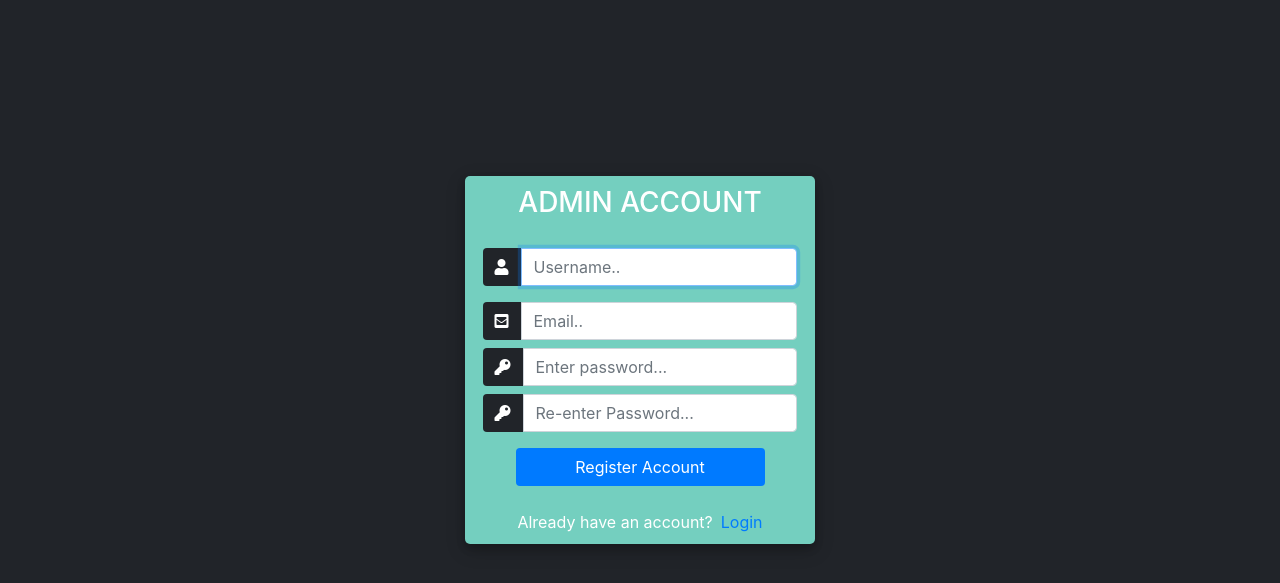
Repository: Abdaljawad-Aya/login-register-auth-validation-Django
Page: http://localhost/register/
An editor plug-in stored every save of this project. The page is shown before and after the next save, followed by the edit.
The browser window is 1280 px wide. The pictures show the whole page.
Some web libraries are served in a nearby version. The page is served by the project's application, run on Django 3.2 (project8/manage.py).

Above is the page before, as saved 2021-03-11 22:58:07.

After the next save:
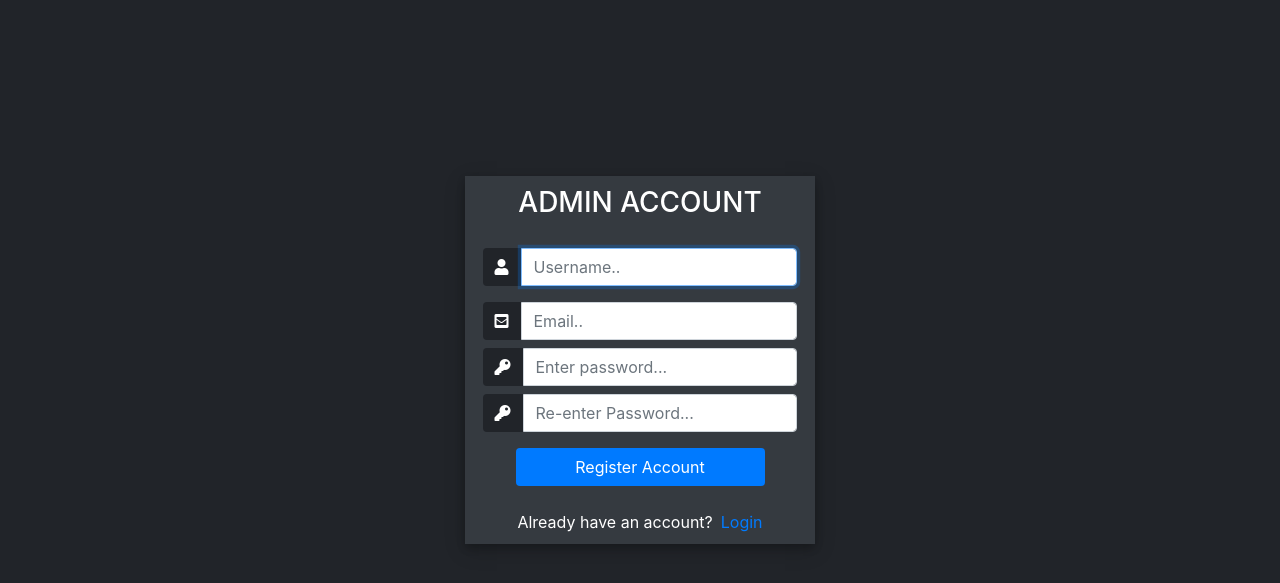
Saved 43 s later.
--- a/project8/project8/templates/register.html
+++ b/project8/project8/templates/register.html
@@ -19,7 +19,7 @@
 			width: 350px;
 			margin-top: auto;
 			margin-bottom: auto;
-			background: #74cfbf;
+			background: #353a40;
 			position: relative;
 			display: flex;
 			justify-content: center;
@@ -28,7 +28,6 @@
 			box-shadow: 0 4px 8px 0 rgba(0, 0, 0, 0.2), 0 6px 20px 0 rgba(0, 0, 0, 0.19);
 			-webkit-box-shadow: 0 4px 8px 0 rgba(0, 0, 0, 0.2), 0 6px 20px 0 rgba(0, 0, 0, 0.19);
 			-moz-box-shadow: 0 4px 8px 0 rgba(0, 0, 0, 0.2), 0 6px 20px 0 rgba(0, 0, 0, 0.19);
-			border-radius: 5px;
 			{% comment %} border-radius: 5px; {% endcomment %}
 
 		}
